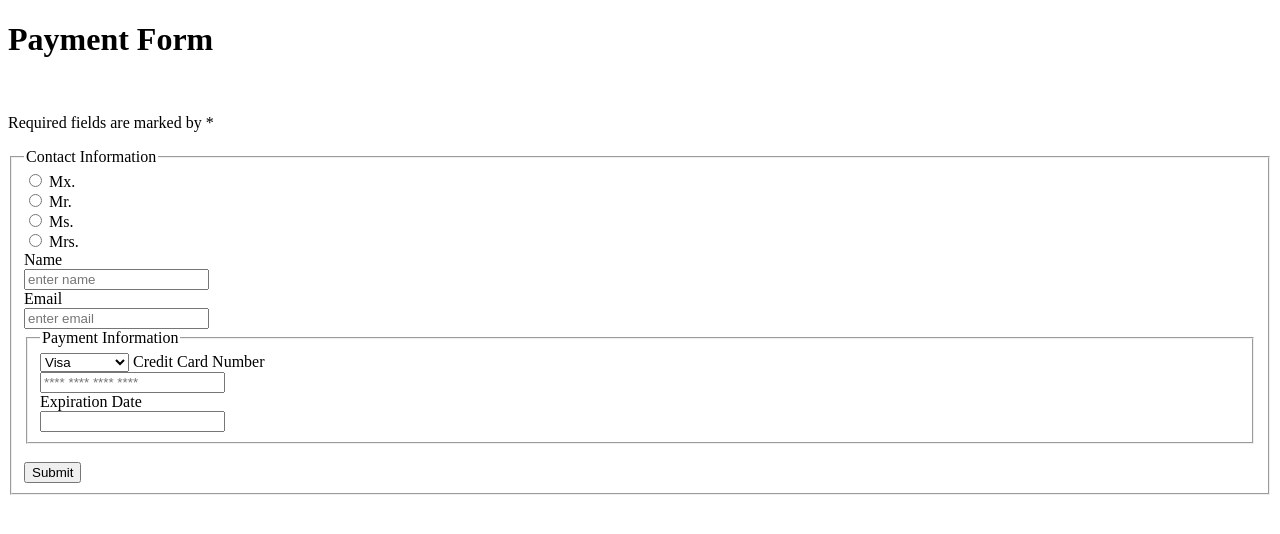
Repository: 10-2-pursuit/lab-intro-to-forms
Page: index.html
An editor plug-in stored every save of this project. The page is shown before and after a run of saves, followed by the edit.
The browser window is 1280 px wide. The pictures show the whole page.

Above is the page before, as saved 2023-06-13 21:41:43.

After the next 2 saves:
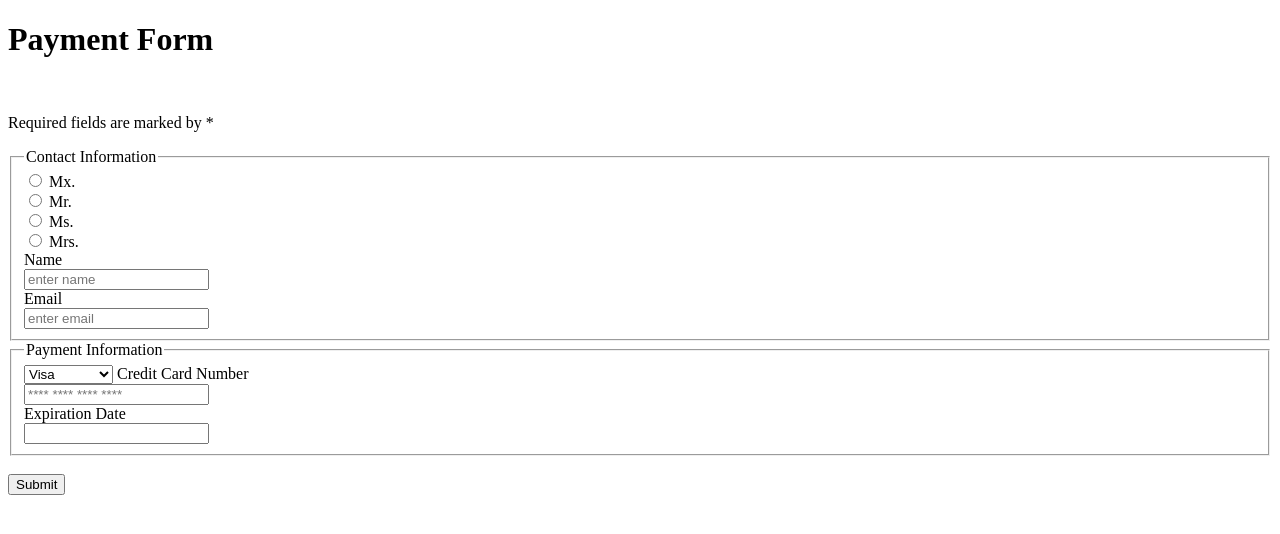
The 2 saves are shown as one change because they came seconds apart.
The last was saved 16 s later.
--- a/index.html
+++ b/index.html
@@ -31,6 +31,7 @@
            <label for="email">Email</label>
            <br>
            <input type="email" name="email" id="Email" placeholder="enter email" required>
+           </fieldset>
            <fieldset>
             <legend>Payment Information</legend>
         <select id="coder-confidence" name="coder-confidence">
